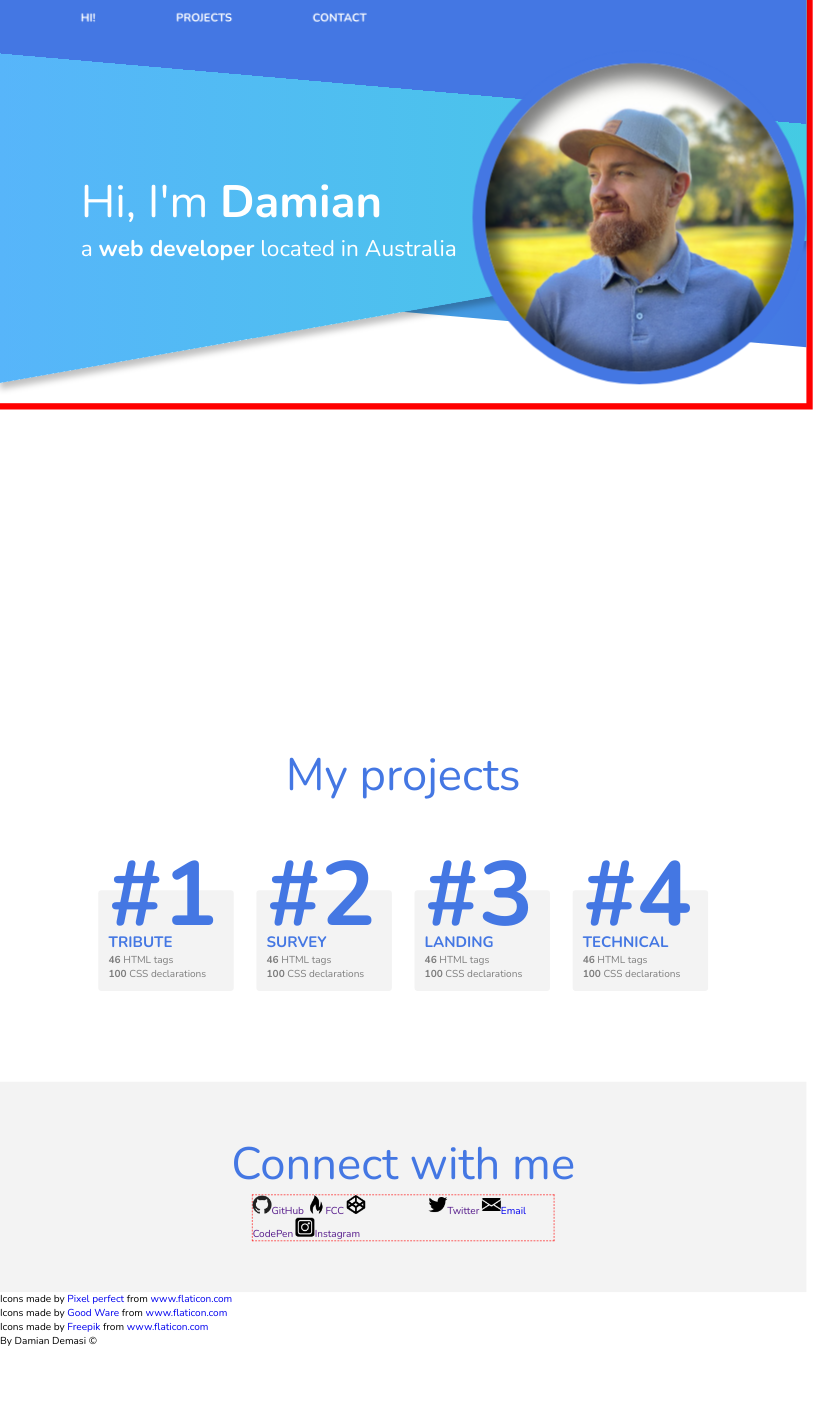
Repository: Colo-Codes/freecodecamp-05-Personal-Portfolio-Webpage
Page: index.html
An editor plug-in stored every save of this project. The page is shown before and after the next save, followed by the edit.
The browser window is 1280 px wide. The page is 1320 px wide, so the pictures cover 1320 px, including what lies to the right of the window. The pictures show the whole page, at 63% of full size.

Above is the page before, as saved 2021-06-03 18:34:18.

After the next save:
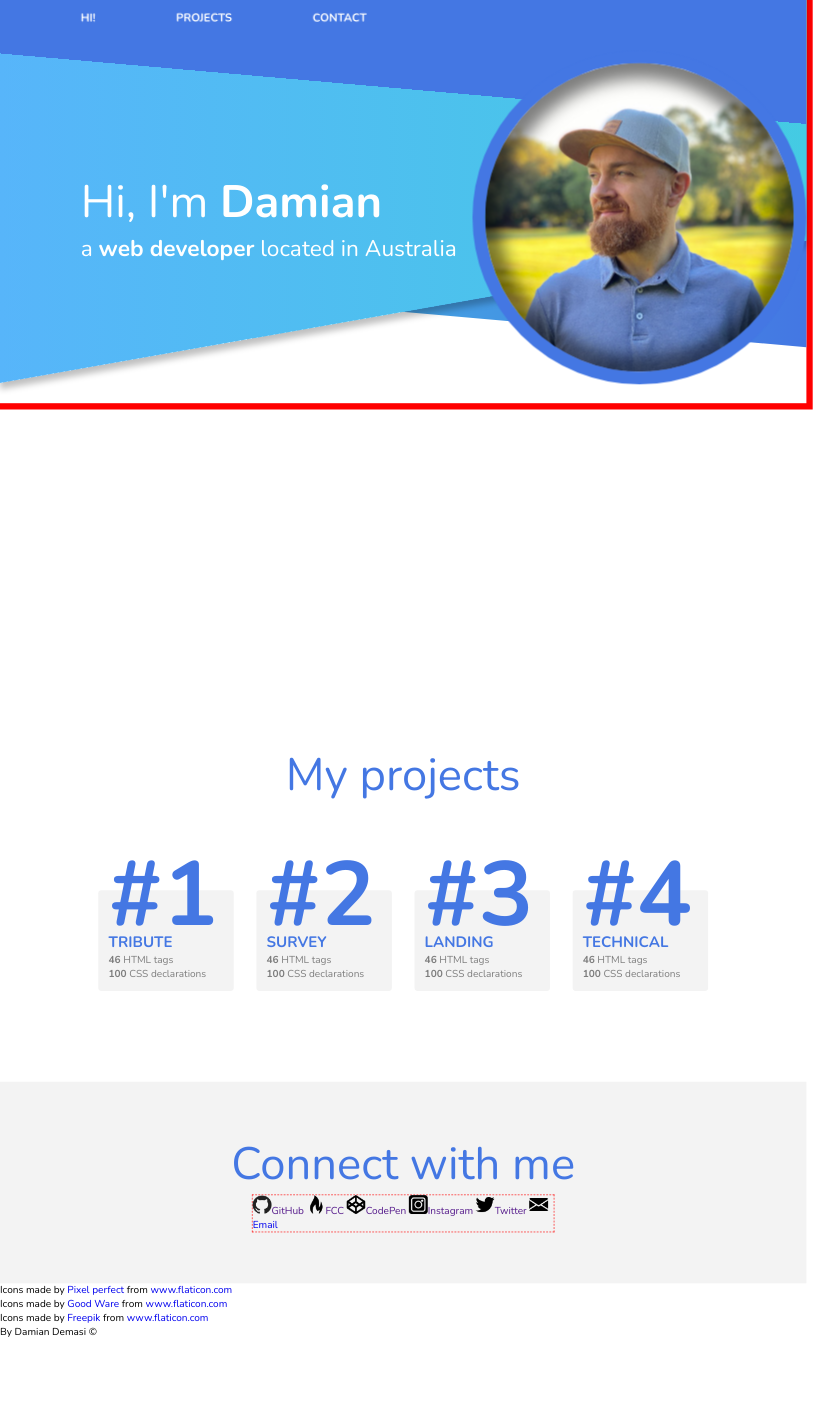
Saved 51 s later.
--- a/css/index.css
+++ b/css/index.css
@@ -251,7 +251,7 @@ a:link {
     width: 30rem;
     column-count: 2;
     column-gap: 5rem;
-    column-rule-width: 1px;
+    column-width: 12.5rem;
     margin: auto;
     border: 1px dashed red;
 }
